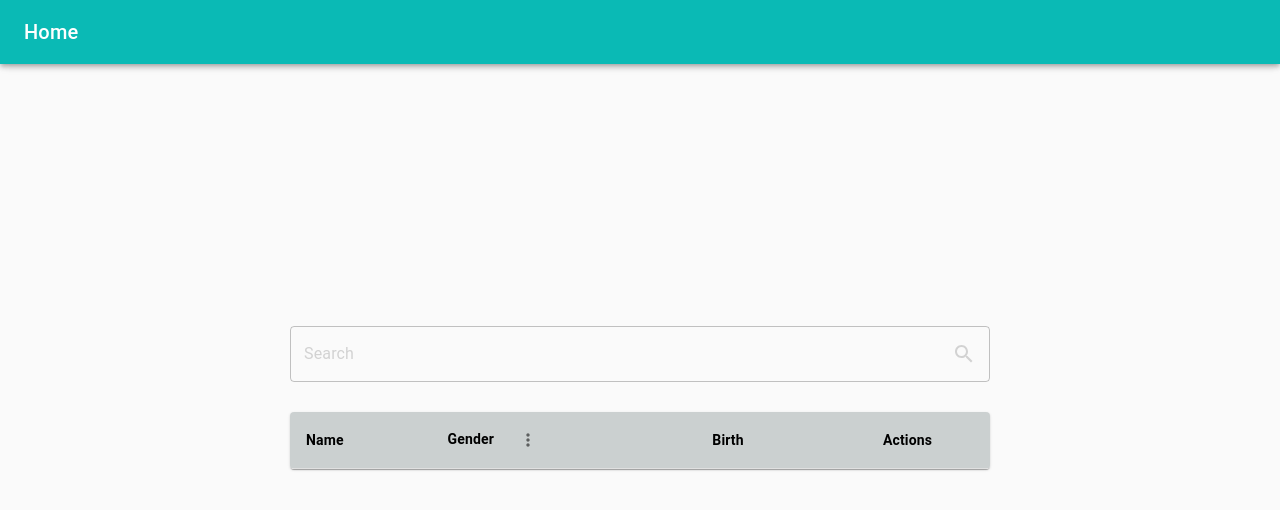
Repository: GabrielBrandaoProjetos/patient-manager
Page: /
An editor plug-in stored every save of this project. The page is shown before and after the next save, followed by the edit.
The browser window is 1280 px wide. The pictures show the whole page.
The page's requests for data from a server got no answer. The project was rebuilt for these pictures with package versions that can differ from the ones it lists, and the page was loaded fresh each time. No one was signed in, and anything a server would have sent is missing. Also part of the build but not shown: src/components/Modal/PatientModal.style.ts, src/components/Modal/PatientModal.tsx, src/components/InfiniteScroll/InfiniteScroll.tsx.

Above is the page before, as saved 2021-09-18 20:10:57.

After the next save:
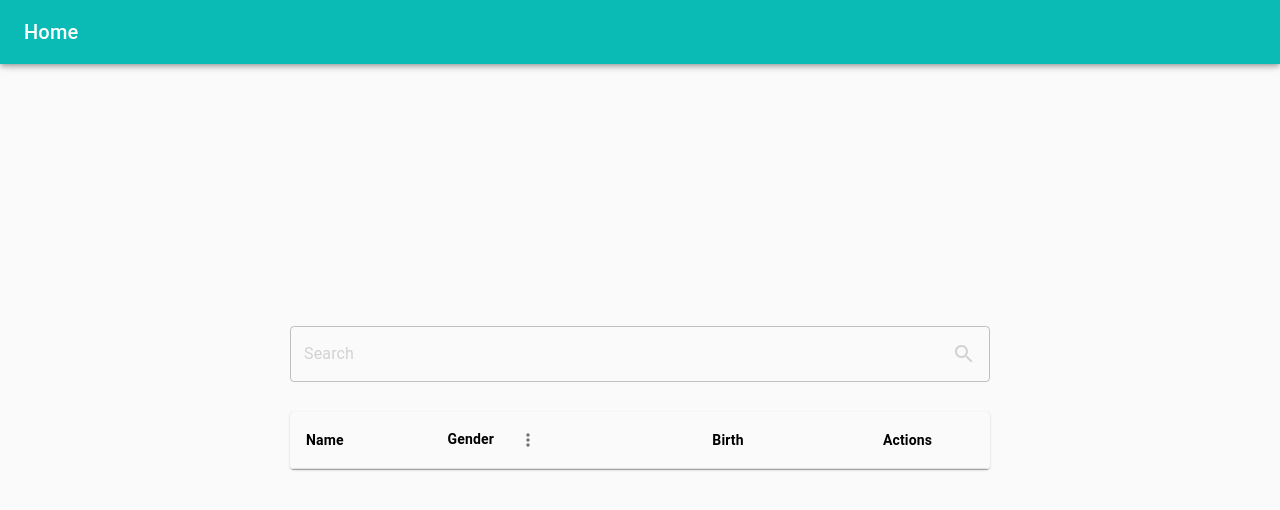
Saved 37 min 42 s later.
--- a/src/pages/Home/Home.tsx
+++ b/src/pages/Home/Home.tsx
@@ -93,7 +93,7 @@ export const Home = () => {
       </FormControl>
 
       <TableContainer component={Paper} className={classes.tableContainer}>
-        <Table aria-label="simple table">
+        <Table stickyHeader aria-label="simple table">
           <TableHead>
             <TableRow className={classes.row}>
               <TableCell className={classes.cellHeader}>Name</TableCell>
